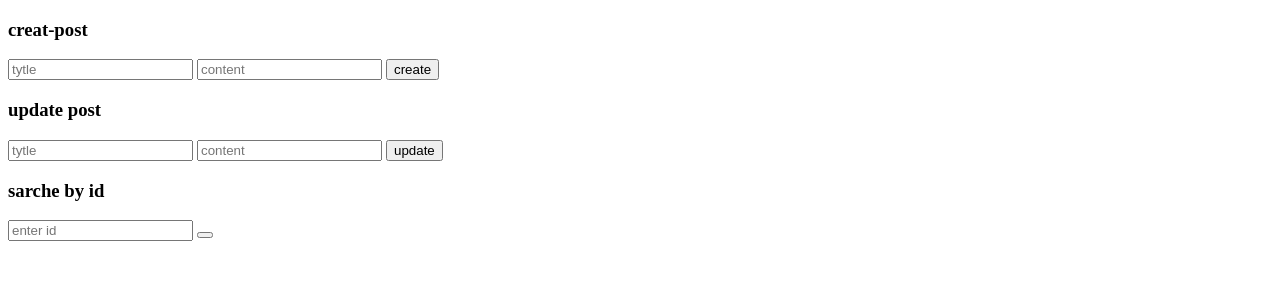
Repository: elchananChen/IITC-ELCHANAN
Page: 2024/10/14CRUD/index.html
These files come from the project's save history. The page is drawn as it stood at one moment and after the next save; the edit follows.
The browser window is 1280 px wide. The pictures show the whole page.

Above is the page before, as saved 2024-10-15 00:40:00.

After the next save:
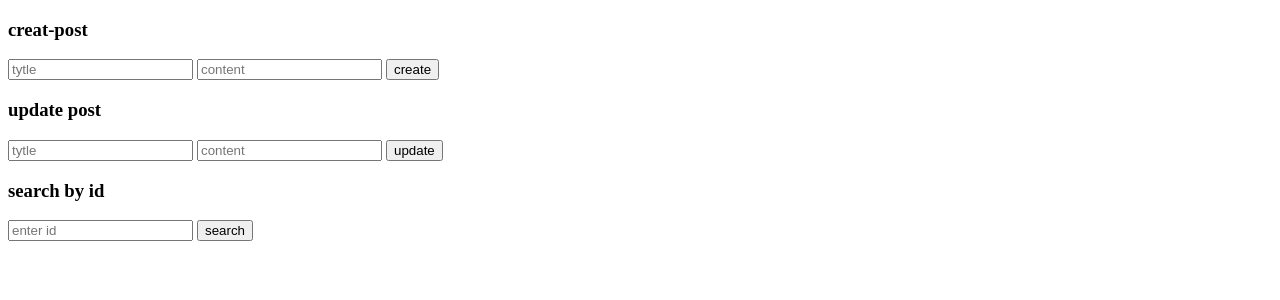
Saved 2 min 35 s later.
--- a/2024/10/14CRUD/index.html
+++ b/2024/10/14CRUD/index.html
@@ -18,10 +18,10 @@
       <input name="content" type="text" placeholder="content" />
       <button class="update-btn">update</button>
     </form>
-    <h3>sarche by id</h3>
+    <h3>search by id</h3>
     <form class="get-by-id">
       <input name="get-by-id" type="text" placeholder="enter id" />
-      <button class="get-by-id"></button>
+      <button class="get-by-id">search</button>
     </form>
     <ul></ul>
 
